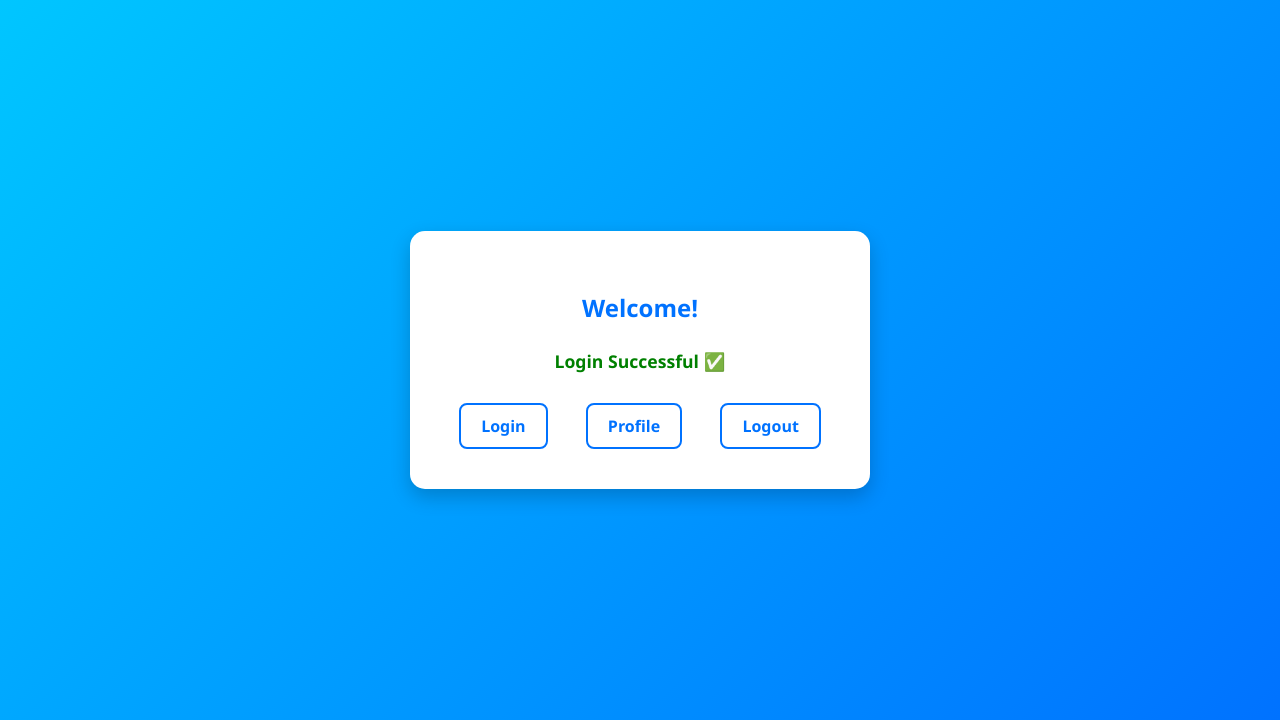
Repository: Mali-Sagar-A/Advance_Web_Java
Page: SessionLogin/src/main/webapp/link.html
The author's editor kept a copy of each file at every save. The page is drawn from the files as they stood at one save, then again after the next save.
The browser window is 1280 px wide. The pictures show the whole page.

Above is the page before, as saved 2025-05-16 18:48:24.

After the next save:
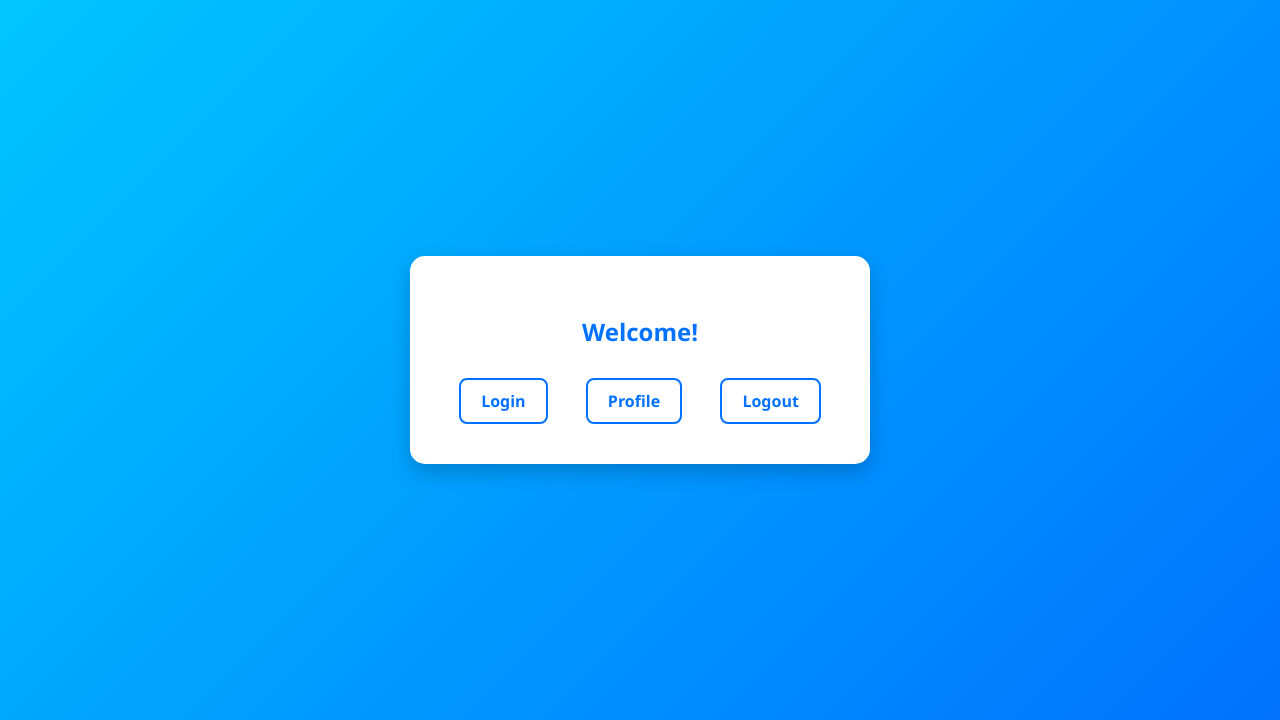
Saved 31 s later.
--- a/SessionLogin/src/main/webapp/link.html
+++ b/SessionLogin/src/main/webapp/link.html
@@ -62,7 +62,7 @@
 
   <div class="card">
     <h2>Welcome!</h2>
-    <p class="success-message">Login Successful ✅</p>
+
 
     <div class="nav-links">
       <a href="login.html">Login</a>
